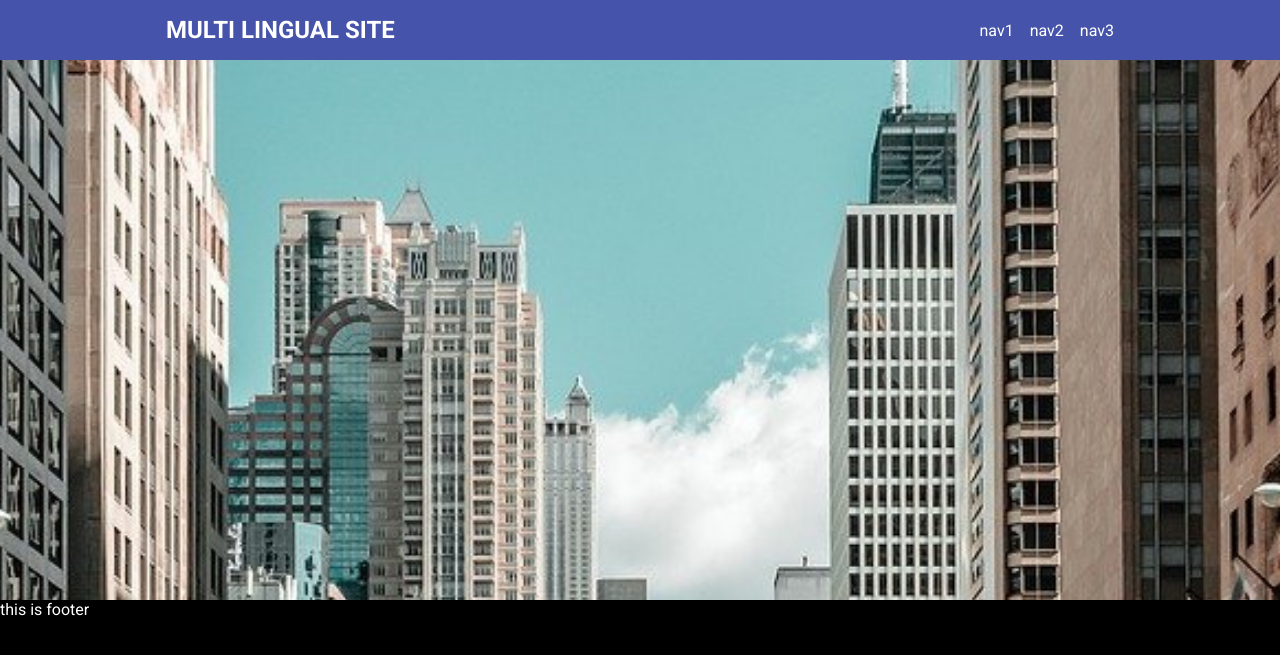
Repository: ksbsh27/multi_lingual
Page: index.html
An editor plug-in stored every save of this project. The page is shown before and after a run of saves, followed by the edit.
The browser window is 1280 px wide. The pictures show the whole page.
The style sheet was rebuilt from its Sass, Less or Tailwind sources for each picture, by a compiler version that may differ from the author's.

Above is the page before, as saved 2022-03-31 23:08:49.

After the next 2 saves:
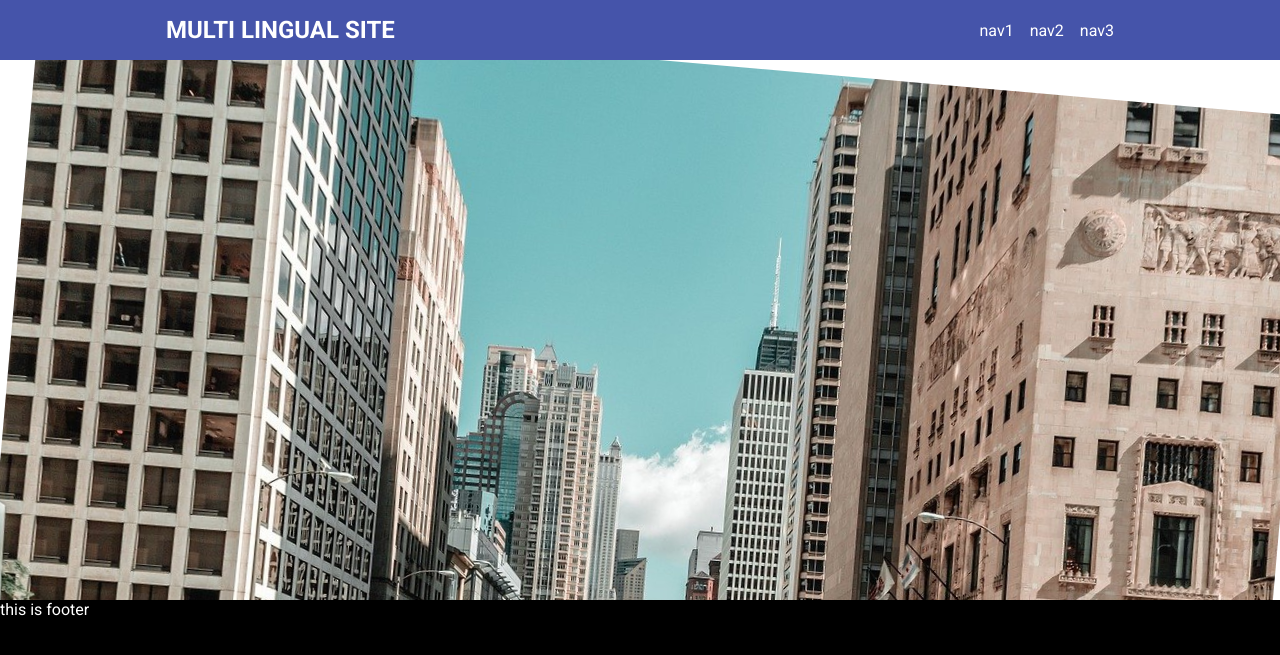
The 2 saves are shown as one change because they came seconds apart.
The last was saved 12 s later.
--- a/sass/style.scss
+++ b/sass/style.scss
@@ -32,10 +32,10 @@
       opacity: 0;
       transition: 1s ease-in-out;
       transform: scale(2);
-      transform: rotate(5deg);
       &.show{
         opacity: 1;
         transform: scale(2.2);
+        transform: rotate(5deg);
       }
     }
   }

After the 2 saves that followed:
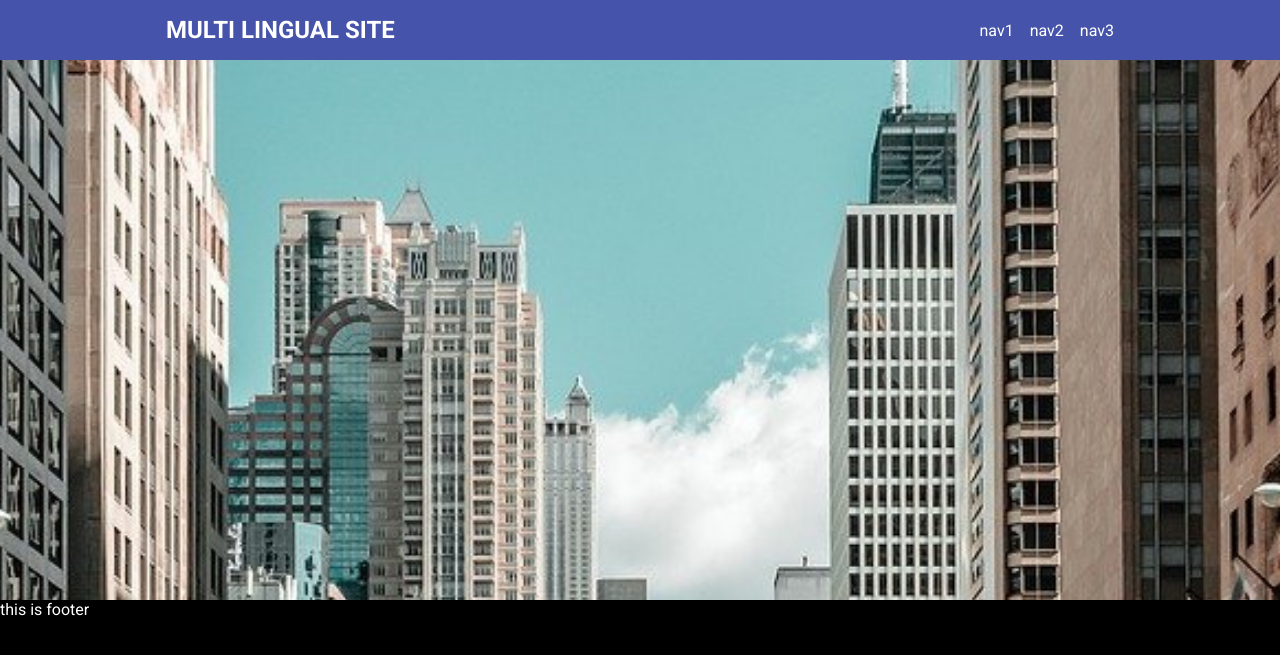
The 2 saves are shown as one change because they came seconds apart.
The last was saved 18 s later.
--- a/sass/style.scss
+++ b/sass/style.scss
@@ -32,10 +32,11 @@
       opacity: 0;
       transition: 1s ease-in-out;
       transform: scale(2);
+      transform: rotate(5deg);
       &.show{
         opacity: 1;
         transform: scale(2.2);
-        transform: rotate(5deg);
+
       }
     }
   }
